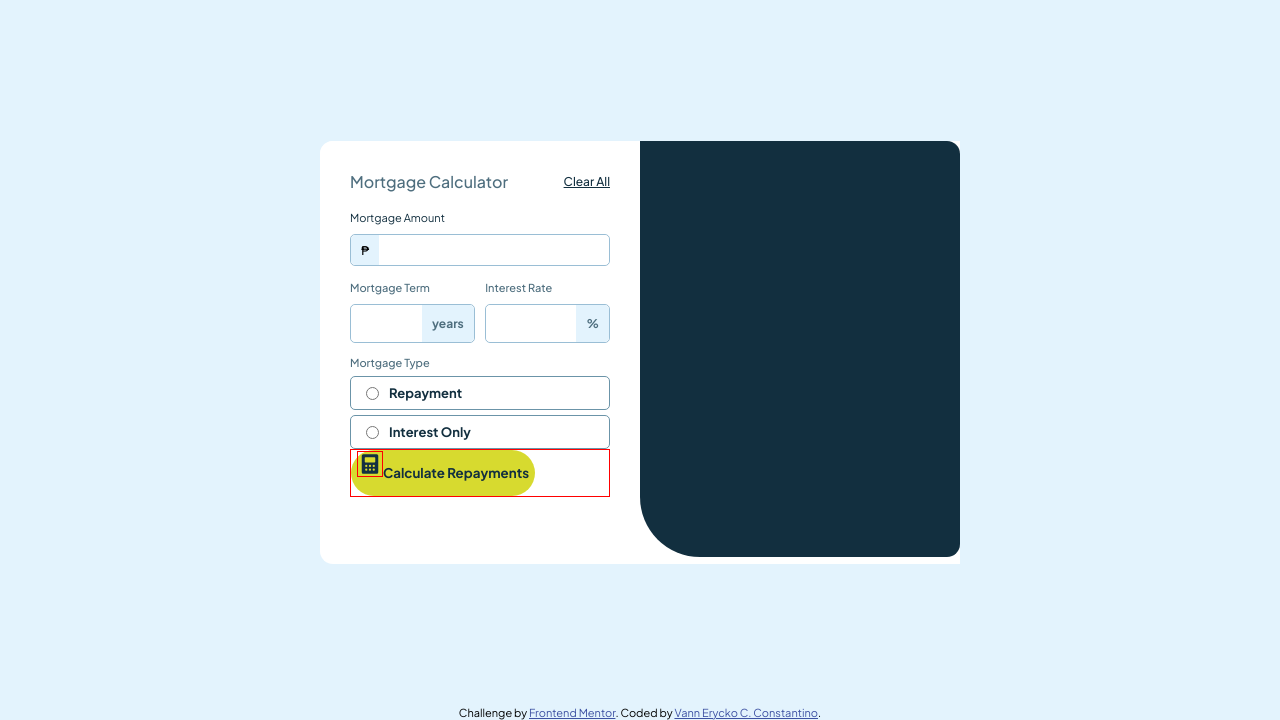
Repository: kocokoy/mortgage-repayment-calculator
Page: index.html
These files come from the project's save history. The page is drawn as it stood at one moment and after the next save; the edit follows.
The browser window is 1280 px wide. The pictures show the whole page.

Above is the page before, as saved 2024-10-29 14:31:16.

### index.html
<!DOCTYPE html>
<html lang="en">
<head>
  <meta charset="UTF-8">
  <meta name="viewport" content="width=device-width, initial-scale=1.0"> <!-- displays site properly based on user's device -->

  <link rel="icon" type="image/png" sizes="32x32" href="./assets/images/favicon-32x32.png">
  <link rel="stylesheet" href="/styles/style.css">
  <link rel="preconnect" href="https://fonts.googleapis.com">
<link rel="preconnect" href="https://fonts.gstatic.com" crossorigin>
<link href="https://fonts.googleapis.com/css2?family=Karla:ital,wght@0,200..800;1,200..800&family=Plus+Jakarta+Sans:ital,wght@0,200..800;1,200..800&family=Red+Hat+Text:ital,wght@0,300..700;1,300..700&display=swap" rel="stylesheet">

  <title>Frontend Mentor | Mortgage repayment calculator</title>
</head>
<body>
  <div class="container">
    <div class="container-card">
      <div class="mortgage-calculator-side">
        <div class="mortgage-calculator-header">
          <p>Mortgage Calculator</p>
          <button>Clear All</button>
        </div>
        <div class="mortgage-calculator-amount">
          <p>Mortgage Amount</p>
          <div class="mortgage-calculator-amount-input">
            <div>&#8369;</div>
            <input type="text">
          </div>
          <div class="field-require-text">
            this field is required
          </div>
        </div>
        <div class="mortgage-calculator-term-and-interest">
          <div class="mortgage-calculator-term-section">
            <p>Mortgage Term</p>
            <div class="mortgage-calculator-term-section-mortgage">
              <input type="text" name="" id="">
              <div>years</div>
            </div>
            <div class="field-require-text">
              this field is required
            </div>
          </div>
          <div class="mortgage-calculator-term-section">
            <p>Interest Rate</p>
            <div class="mortgage-calculator-term-section-mortgage">
              <input type="text" name="" id="">
              <div>%</div>
            </div>
            <div class="field-require-text">
              this field is required
            </div>
          </div>
        </div>
        <div class="mortgage-calculator-type">
          <p>Mortgage Type</p>
          <div class="mortgage-calculator-type-radio">
            <input type="radio">
            <div>Repayment</div>
          </div>
          <div class="mortgage-calculator-type-radio">
            <input type="radio">
            <div>Interest Only</div>
          </div>
        </div>
        <div class="mortgage-calculator-type-button">
          <button>
            <div>
              <img src="/assets/images/icon-calculator.svg" alt="">
            </div>
            <p>Calculate Repayments</p>
          </button>
        </div>
      </div>
      <div class="result-side"></div>
    </div>
  </div>


  <div class="attribution">
    Challenge by <a href="https://www.frontendmentor.io?ref=challenge">Frontend Mentor</a>.
    Coded by <a href="#">Vann Erycko C. Constantino</a>.
  </div>
</body>
</html>

### styles/style.css
:root{
/* Primary */

--lime: hsl(61, 70%, 52%);
--red: hsl(4, 69%, 50%);

/* Neutral */

--white: hsl(0, 0%, 100%);
--slate100: hsl(202, 86%, 94%);
--slate300: hsl(203, 41%, 72%);
--slate500: hsl(200, 26%, 54%);
--slate700: hsl(200, 24%, 40%);
--slate900: hsl(202, 55%, 16%);
}

.attribution {
  font-size: 11px; text-align: center;
 }
.attribution a {
  color: hsl(228, 45%, 44%);
 }

 *{
  font-family: Plus Jakarta Sans;
 }

body{
  margin: 0;
  padding: 0;
  background-color: var(--slate100);
}
.container{
  height: 98vh;
  display: flex;
  flex-direction: column;
  justify-content: center;
  align-items: center;
}
.container-card{
  display: flex;
  flex-direction: row;
  height: 60%;
  width: 50%;
  background-color: var(--white);
  border-bottom-left-radius: 13px;
  border-top-left-radius: 13px;
}

.field-require-text{
  margin-top: 10px;
  color: var(--red);
  font-size: 10px;
  font-weight: 900;
  margin-bottom: 3px;
  display: none;
}
.mortgage-calculator-side{
height: 84%;
width: 50%;
background-color: var(--white);
border-bottom-left-radius: 13px;
border-top-left-radius: 13px;
padding: 30px;

}
.result-side{
  height: 84%;
  width: 50%;
  padding: 30px;
  overflow: hidden;
  background-color: var(--slate900);
  border-bottom-left-radius: 60px;
  border-bottom-right-radius: 13px;
  border-top-right-radius: 13px;

}

/*Mortgage Calculator Header */
.mortgage-calculator-header{
  display: flex;
  flex-direction: row;
  align-items: center;
  justify-content: space-between;
}
.mortgage-calculator-header p{
 margin: 0;
 font-weight: 500;
 color: var(--slate700);
}
.mortgage-calculator-header button{
 margin: 0;
 font-weight: 500;
 font-size: 12px;
 color: var(--slate900);
 background-color: var(--white);
 text-decoration: underline;
 cursor: pointer;
 border: none;
 padding: 0;
}

/*Mortgage Calculator Amount  */
.mortgage-calculator-amount{
  padding-top: 19px ;
  display: flex;
  flex-direction: column;
  margin-bottom: 15px;
}
.mortgage-calculator-amount p{
  margin: 0;
  font-size: 11px;
  color: var(--slate900);
  padding-bottom: 10px;
}

.mortgage-calculator-amount-input{
  display: flex;
  flex-direction: row;
  height: 30px;
  border: 1px solid var(--slate300);
  border-radius: 5px;
}
.mortgage-calculator-amount-input div{
  background-color: var(--slate100);
  height: 100%;
  width: 35px;
  display: flex;
  justify-content: center;
  align-items: center;
  font-size: 12px;
  font-weight: 500;
  border: none;
  border-top-left-radius: 5px;
  border-bottom-left-radius: 5px;
}
.mortgage-calculator-amount-input input{
  width: 100%;
  border: none;
  border-top-right-radius: 5px;
  border-bottom-right-radius: 5px;
  padding: 0 10px;
}

.mortgage-calculator-amount-input input:focus{
  outline: none;
}

/* Mortgage Calculator Mortgage Term and Interest Rate */

.mortgage-calculator-term-and-interest{
  display: flex;
  flex-direction: row;
  width: 100;
  justify-content: space-between;
}
.mortgage-calculator-term-section{
  width: 48%;
}
.mortgage-calculator-term-section p{
  margin: 0;
  font-size: 11px;
  color: var(--slate700);
  padding-bottom: 10px;
  font-weight: 500;
}

.mortgage-calculator-term-section-mortgage{
  display: flex;
  flex-direction: row;
  border: 1px solid var(--slate300);
  border-radius: 5px;
}

.mortgage-calculator-term-section-mortgage input{
  width: 90%;
  padding: 10px;
  font-weight: 700;
  border: none;
  border-top-left-radius: 5px;
  border-bottom-left-radius: 5px;
}
.mortgage-calculator-term-section-mortgage div{
  width: auto;
  background-color: var(--slate100);
  color: var(--slate700);
  font-size: 12px;
  display: flex;
  justify-content: center;
  align-items: center;
  font-weight: 700;
  padding: 7px 10px;
  border-top-right-radius: 5px;
  border-bottom-right-radius: 5px;
}

.mortgage-calculator-term-section-mortgage input:focus{
  outline: none;
}

/* Mortgage Calculator Type */
.mortgage-calculator-type{
  display: block;
  margin-top: 13px;
}

.mortgage-calculator-type p{
  margin: 0;
  font-size: 11px;
  color: var(--slate700);
  padding-bottom: 2px;
  font-weight: 500;
}

.mortgage-calculator-type-radio{
  border: 1px solid var(--slate500);
  display: flex;
  flex-direction: row;
  justify-content: start;
  align-items: center;
  padding: 8px 5px ;
  margin-top: 5px;
  border-radius: 5px;
}
.mortgage-calculator-type-radio input{
 margin: 0 10px;
}

.mortgage-calculator-type-radio div{
  font-size: 13px;
  font-weight: 700;
  color: var(--slate900);
}

/* Mortgage Calculator Type Button */

.mortgage-calculator-type-button{
  border: 1px solid red;
  display: flex;
  justify-content: start;
  align-items: start;
}

.mortgage-calculator-type-button button{
  display: flex;
  flex-direction: row;
  background-color: var(--lime);
  color: var(--slate900);
  border: none;
  border-radius: 100px;
}

.mortgage-calculator-type-button button img{
  margin: 0;
  display: flex;
  justify-content: center;
}

.mortgage-calculator-type-button button p{
  font-weight: 700;
}
.mortgage-calculator-type-button button div{
  border: 1px solid red;
  height: 100%;
}

After the next save:
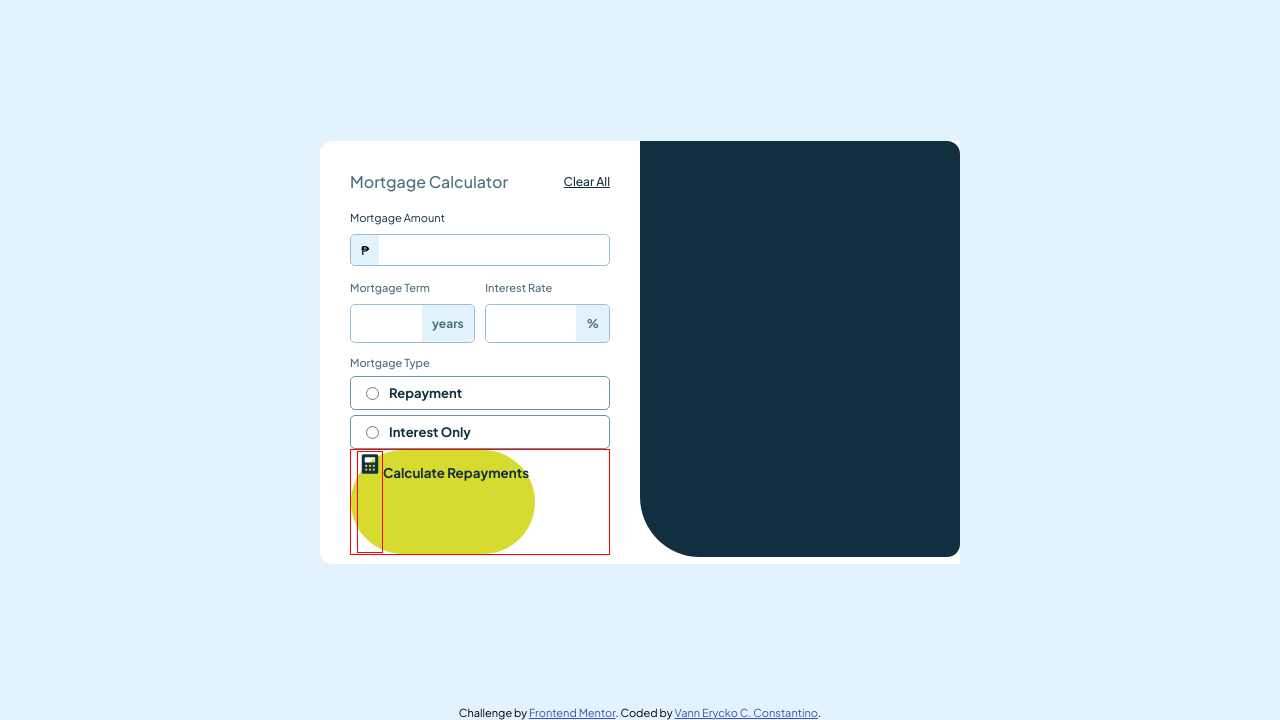
Saved 5 s later.
--- a/styles/style.css
+++ b/styles/style.css
@@ -261,5 +261,5 @@
 }
 .mortgage-calculator-type-button button div{
   border: 1px solid red;
-  height: 100%;
-}
+  height: 100px;
+}

After the save that followed:
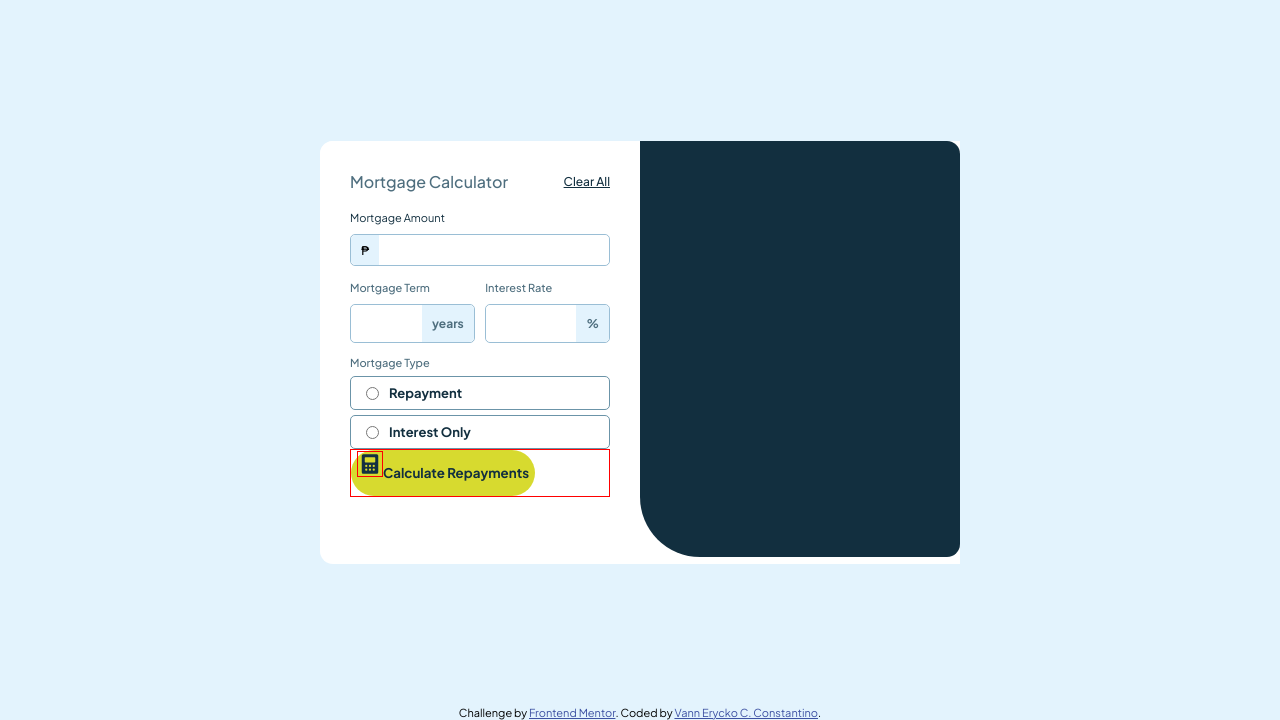
Saved 4 s later.
--- a/styles/style.css
+++ b/styles/style.css
@@ -261,5 +261,5 @@
 }
 .mortgage-calculator-type-button button div{
   border: 1px solid red;
-  height: 100px;
-}
+  height: 100%;
+}
